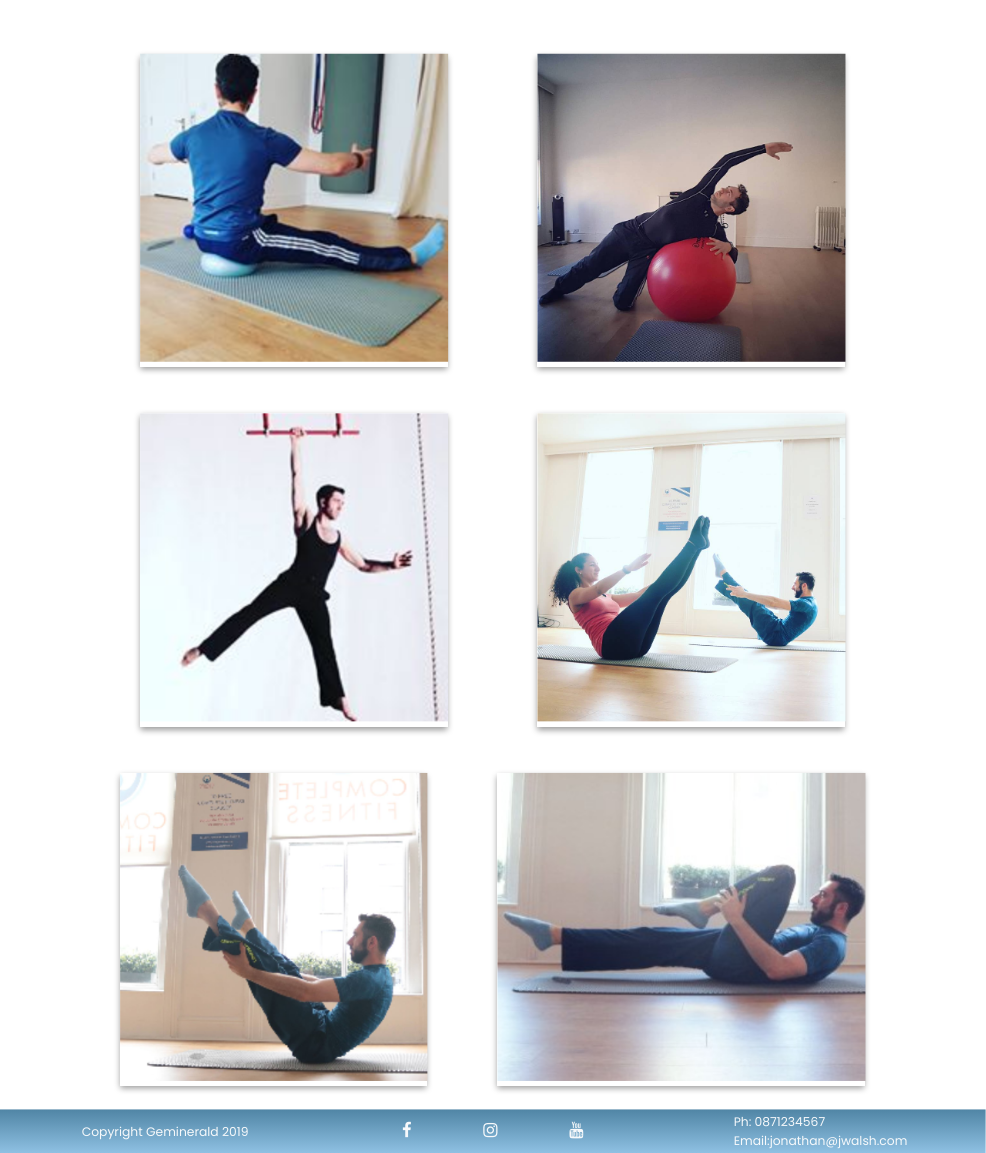
Repository: geminerald/peakwellness
Page: gallery.html
The author's editor kept a record of every edit. The page is drawn from the files as they stood at one moment, then again after the next edit.
The browser window is 1280 px wide. The pictures show the part of the page from y = 1618 to 3176 px (the page is 3116 px tall before and 3176 px after), at 77% of full size.

Above is the page before.

After the next edit:
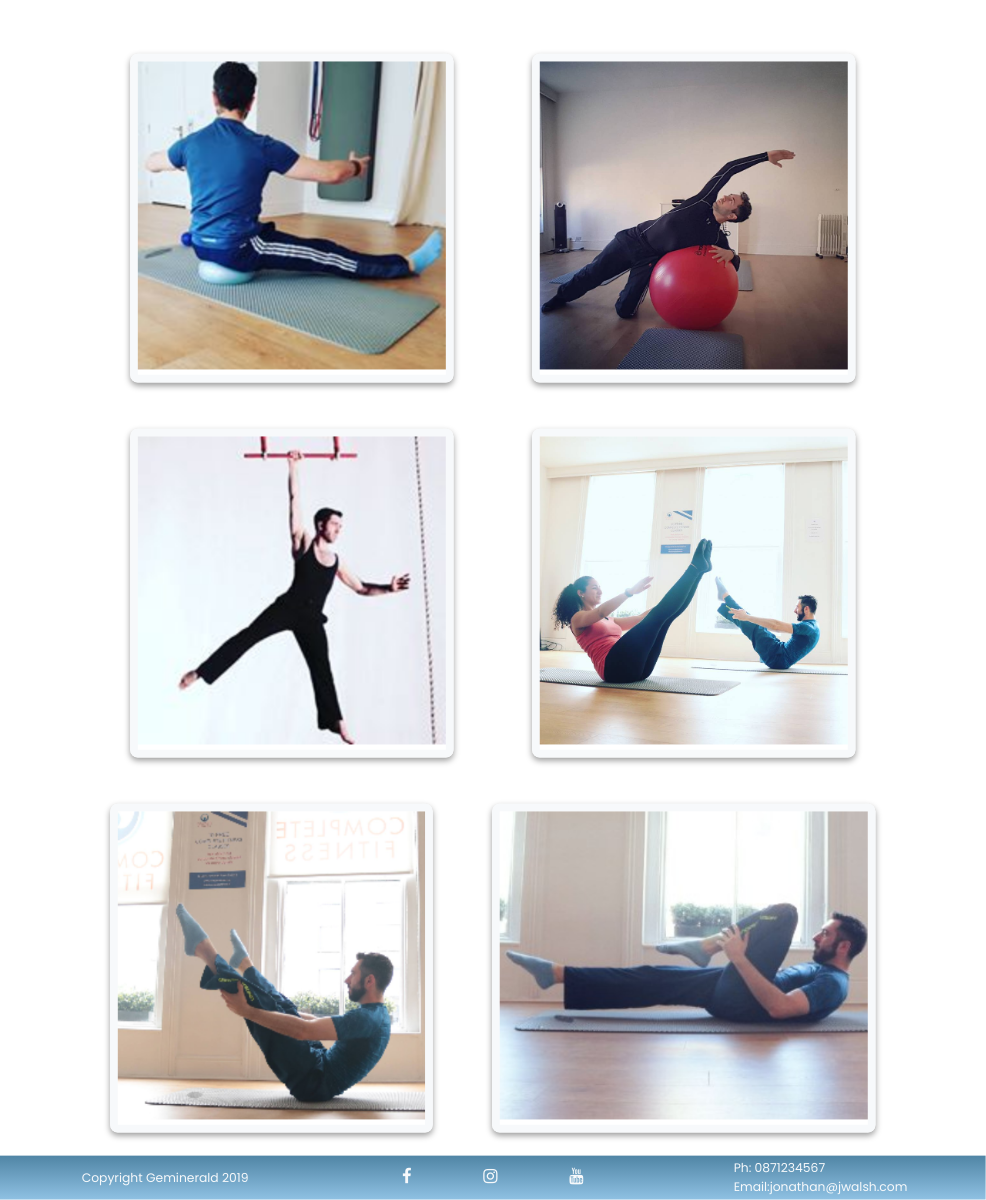
The edit:
--- a/assets/style.css
+++ b/assets/style.css
@@ -77,7 +77,7 @@
     align-items: center;
     flex-direction: column;
     width: 85%;
-    margin:auto;
+    margin: auto;
 }
 
 #videos {
@@ -102,6 +102,12 @@
     box-shadow: 0 4px 8px 0 rgba(0, 0, 0, 0.4);
     transition: 0.3s ease-in;
     margin: 30px;
+    border:10px solid #f7f9fb;
+    border-radius: 10px;
+}
+
+.image:hover {
+    box-shadow: 0 6px 14px 0 rgba(0, 0, 0, 0.6);
 }
 
 
